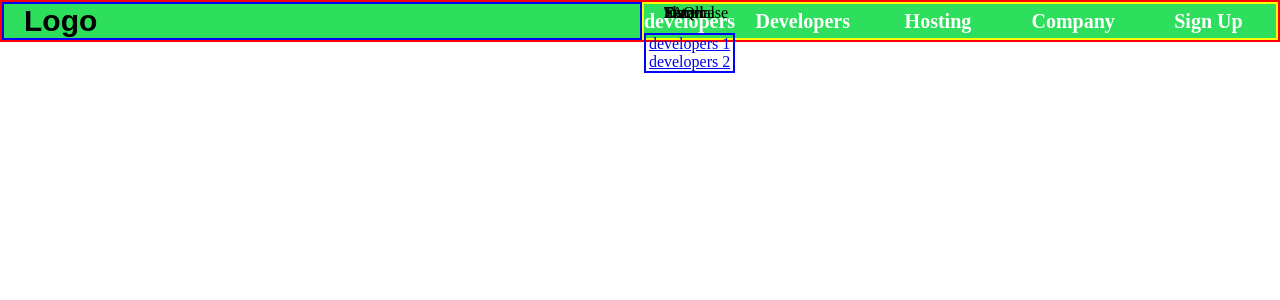
Repository: xtremer15/PracticeProject
Page: PracticeProject/HomeWorks/index.html
An editor plug-in stored every save of this project. The page is shown before and after a run of saves, followed by the edit.
The browser window is 1280 px wide. The pictures show the whole page.

Above is the page before, as saved 2020-04-23 13:55:29.

After the next 3 saves:
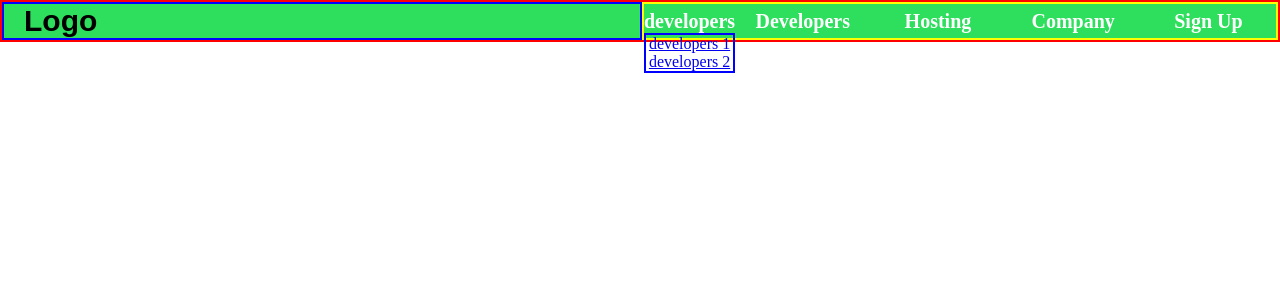
Console error: ReferenceError: ul is not defined
The 3 saves are shown as one change because they came seconds apart.
The last was saved 2 min 29 s later.
--- a/PracticeProject/HomeWorks/dropdown.js
+++ b/PracticeProject/HomeWorks/dropdown.js
@@ -82,5 +82,5 @@ for (elem in subMenuDevelopers) {
   let ul = createElement("ul", "class", "container");
   a.innerHTML = subMenuDevelopers[elem];
   ul.appendChild(a)
-  DOM_SELECTED_ELEMENTS.ul.appendChild(ul);
 }
+DOM_SELECTED_ELEMENTS.ul.appendChild(ul);
